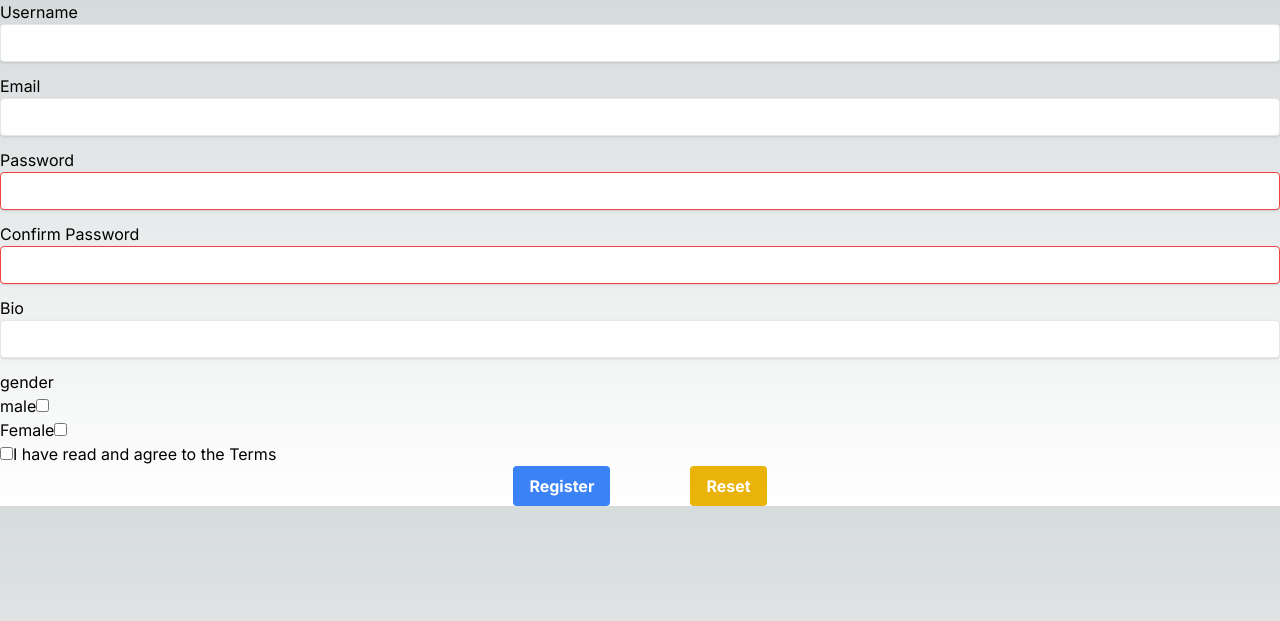
Repository: uh-sman/tiktok-card
Page: /
An editor plug-in stored every save of this project. The page is shown before and after the next save, followed by the edit.
The browser window is 1280 px wide. The pictures show the whole page.
The project was rebuilt for these pictures with package versions that can differ from the ones it lists, and the page was loaded fresh each time. The framework's server and built-in components were replaced by stand-ins that run in the browser. Also part of the build but not shown: next.config.js.

Above is the page before, as saved 2023-12-19 14:09:25.

After the next save:
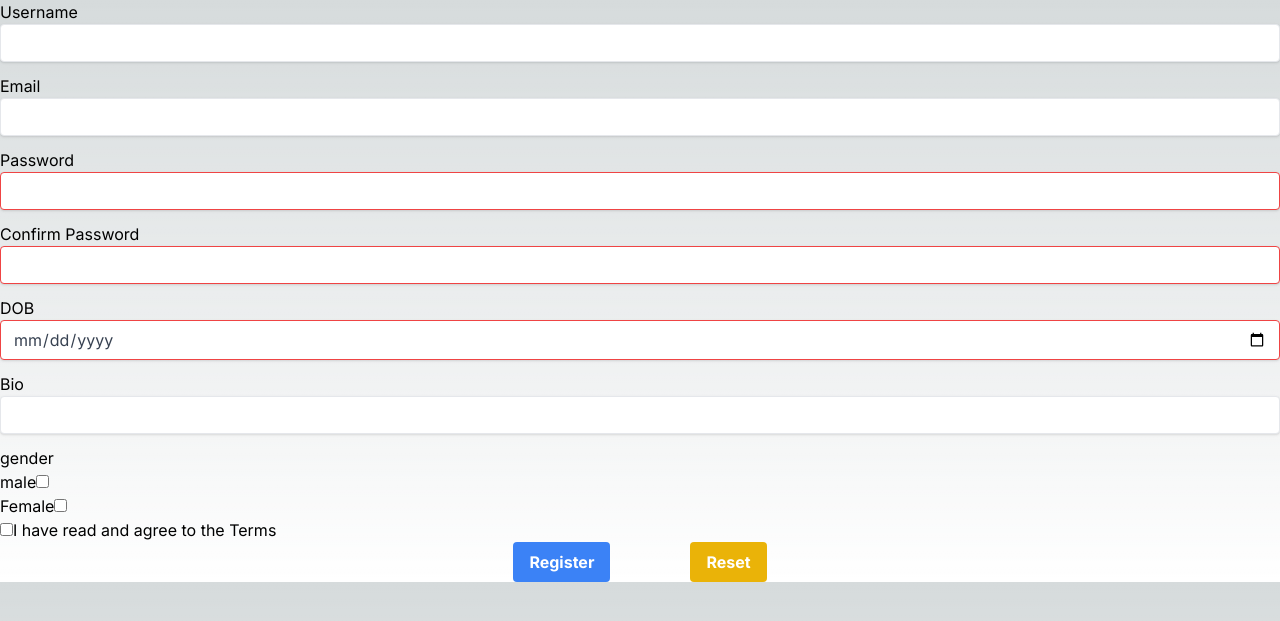
Saved 2 min 22 s later.
--- a/app/components/AuthForm.tsx
+++ b/app/components/AuthForm.tsx
@@ -10,6 +10,7 @@ type UserSubmitForm = {
     male:boolean;
     female:boolean;
     Bio:string;
+    DateOfBirth: number
   };
 const AuthForm: React.FC = () => {
     const {register,handleSubmit, reset} = useForm<UserSubmitForm>()
@@ -57,6 +58,16 @@ const AuthForm: React.FC = () => {
             className="shadow appearance-none border border-red-500 rounded w-full py-2 px-3 text-gray-700 mb-3 leading-tight focus:outline-none focus:shadow-outline"
               type="password"
               {...register('confirmPassword')}
+            />
+            <div className="invalid-feedback">
+            </div>
+          </div>
+          <div className="flex flex-col">
+            <label>DOB</label>
+            <input
+            className="shadow appearance-none border border-red-500 rounded w-full py-2 px-3 text-gray-700 mb-3 leading-tight focus:outline-none focus:shadow-outline"
+              type="date"
+              {...register('DateOfBirth')}
             />
             <div className="invalid-feedback">
             </div>
